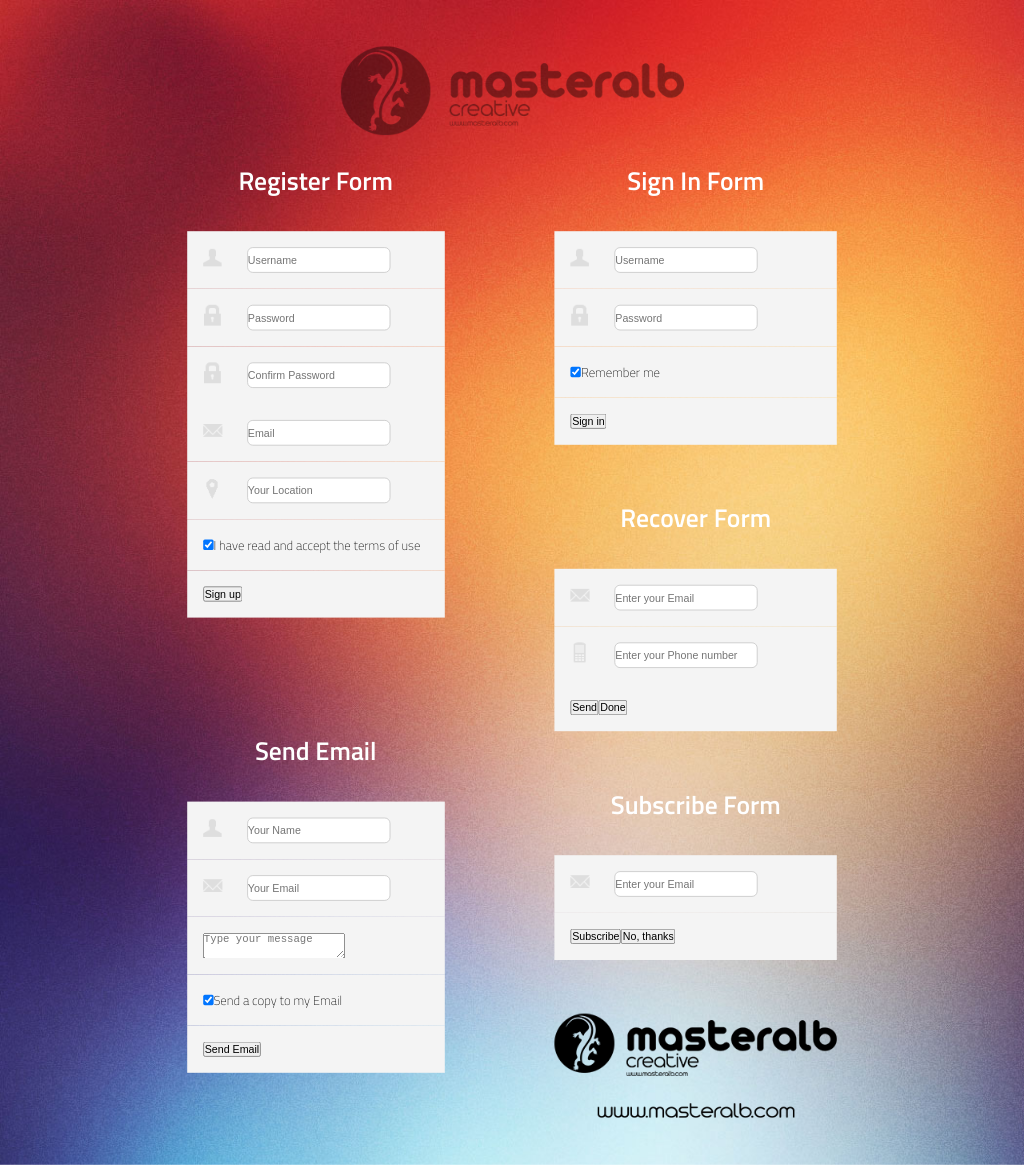
Repository: achwesiuk/PSD-Masteralb
Page: index.html
The author's editor kept a copy of each file at every save. The page is drawn from the files as they stood at one save, then again after the next save.
The browser window is 1280 px wide. The pictures show the whole page, at 80% of full size.
Backgrounds fixed to the window are drawn as part of the page. The style sheet was rebuilt from its Sass, Less or Tailwind sources for each picture, by a compiler version that may differ from the author's.

Above is the page before, as saved 2021-03-12 18:15:45.

### index.html
<!DOCTYPE html>
<html lang="en">
<head>
    <meta charset="UTF-8">
    <meta http-equiv="X-UA-Compatible" content="IE=edge">
    <meta name="viewport" content="width=device-width, initial-scale=1.0">
    <title>Masteralb Creative</title>
    <link rel="stylesheet" type="text/css" href="css/main.css">
    <link href="https://fonts.googleapis.com/css2?family=Titillium+Web:wght@200;600&display=swap" rel="stylesheet">
</head>
<body>
    <header class="header">
        <img src="img/logo_1.png" alt="Logo 1" class="header__logo">
    </header>
    <main class="main">
        <div class="container">
            <h3 class="container__header">Register Form</h3>
            <form class="form">
                <div class="form__group">
                    <label for="name-1" class="form__desc">
                        <img src="img/username.png" alt="Username" class="form__img">
                    </label>
                    <span class="form__line"></span>
                    <input type="text" id="name-1" placeholder="Username" class="form__input" required>
                </div>

                <div class="form__group">
                    <label for="password-1" class="form__desc">
                        <img src="img/password.png" alt="Password" class="form__img">
                    </label>
                    <span class="form__line"></span>
                    <input type="password" id="password-1" placeholder="Password" class="form__input" required>
                </div>

                <div class="form__group">
                    <label for="confirm" class="form__desc">
                        <img src="img/password.png" alt="Password" class="form__img">
                    </label>
                    <span class="form__line"></span>
                    <input type="text" id="confirm" placeholder="Confirm Password" class="form__input" required>
                </div>

                <div class="form__group">
                    <label for="message-1" class="form__desc">
                        <img src="img/email.png" alt="Email" class="form__img">
                    </label>
                    <span class="form__line"></span>
                    <input type="email" id="message-1" placeholder="Email" class="form__input" required>
                </div>

                <div class="form__group">
                    <label for="location" class="form__desc">
                        <img src="img/icon_maps.png" alt="Location" class="form__img">
                    </label>
                    <span class="form__line"></span>
                    <input type="text" id="location" placeholder="Your Location" class="form__input" required>
                </div>

                <div class="form__group">
                    <input type="checkbox" name="terms" class="form__tick" checked>
                    <label class="form__desc">I have read and accept the terms of use</label>
                </div>

                <div class="form__group">
                    <input type="submit" value="Sign up" class="form__btn form__btn--big">
                </div>
            </form>
        </div>

        <div class="container">
            <h2 class="container__header">Send Email</h2>
            <form class="form">
                <div class="form__group">
                    <label for="name-2" class="form__desc">
                         <img src="img/username.png" alt="Username" class="form__img">
                    </label>
                    <span class="form__line"></span>
                    <input type="text" id="name-2" placeholder="Your Name" class="form__input" required>
                </div>

                <div class="form__group">
                    <label for="message-2" class="form__desc">
                        <img src="img/email.png" alt="Email" class="form__img">
                    </label>
                    <span class="form__line"></span>
                    <input type="email" id="message-2" placeholder="Your Email" class="form__input" required>
                </div>

                <div class="form__group">
                    <textarea name="message" placeholder="Type your message" class="form__message"></textarea>
                </div>

                <div class="form__group">
                    <input type="checkbox" name="terms" class="form__tick" checked>
                    <label class="form__desc">Send a copy to my Email</label>
                </div>

                <div class="form__group">
                    <input type="submit" value="Send Email" class="form__btn form__btn--big">
                </div>
            </form>
        </div>

        <div class="container">
            <h2 class="container__header">Sign In Form</h2>
            <form class="form">
                <div class="form__group">
                    <label for="name-3" class="form__desc">
                        <img src="img/username.png" alt="Username" class="form__img">
                    </label>
                    <span class="form__line"></span>
                    <input type="text" id="name-3" placeholder="Username" class="form__input" required>
                </div>

                <div class="form__group">
                    <label for="password-2" class="form__desc">
                        <img src="img/password.png" alt="Password" class="form__img">
                    </label>
                    <span class="form__line"></span>
                    <input type="password" id="password-2" placeholder="Password" class="form__input" required>
                </div>

                <div class="form__group">
                    <input type="checkbox" name="terms" class="form__tick" checked>
                    <label class="form__desc">Remember me</label>
                </div>

                <div class="form__group">
                    <input type="submit" value="Sign in" class="form__btn form__btn--big">
                </div>
            </form>
        </div>

        <div class="container">
            <h2 class="container__header">Recover Form</h2>
            <form class="form">
                <div class="form__group">
                    <label for="email-3" class="form__desc">
                        <img src="img/email.png" alt="Email" class="form__img">
                    </label>
                    <span class="form__line"></span>
                    <input type="email" id="email-3" placeholder="Enter your Email" class="form__input" required>
                </div>

                <div class="form__group">
                    <label for="number" class="form__desc">
                        <img src="img/phone.png" alt="Phone Number" class="form__img">
                    </label>
                    <span class="form__line"></span>
                    <input type="text" id="number" placeholder="Enter your Phone number" class="form__input" required>
                </div>

                <div class="form__group">
                    <input type="submit" value="Send" class="form__btn form__btn--small">
                    <input type="submit" value="Done" class="form__btn form__btn--small">
                </div>
            </form>
        </div>

        <div class="container">
            <h2 class="container__header">Subscribe Form</h2>
            <form class="form">
                <div class="form__group">
                    <label for="email-4" class="form__desc">
                        <img src="img/email.png" alt="Email" class="form__img">
                    </label>
                    <span class="form__line"></span>
                    <input type="email" id="email-4" placeholder="Enter your Email" class="form__input" required>
                </div>

                <div class="form__group">
                    <input type="submit" value="Subscribe" class="form__btn form__btn--small">
                    <input type="submit" value="No, thanks" class="form__btn form__btn--small">
                </div>
            </form>
        </div>

        <div class="container">
            <div class="logo-down">
                <img src="img/logo_2.png" alt="Logo" class="logo-down__img">
            </div>
        </div>
    </main>
</body>
</html>

### sass/main.scss
:root {
    --color-white: #fff;
    --color-grey-1: #f4f4f4;
    --color-grey-2: #dedede;
    --color-grey-3: #c6c6c6;
    --color-grey-4: #afafaf;

    --color-green-light: #bddb98;
    --color-green: #94d12d;
    --color-red: #f4495b;
    --color-black: #000;

    --shadow-dark: 0 2rem 6rem rgba(#000, .3);
    --line: 1px solid var(--color-primary-2);
}

*,
*::before,
*::after{
    margin: 0;
    padding: 0;
    box-sizing: inherit;
}

html{
    font-size: 62.5%; //10px
}

body {
    box-sizing: border-box;
    max-width: 95rem;
    margin: 5.5rem auto;
    font-family: 'Titillium Web', sans-serif;
    background: url(../img/bg.jpg) no-repeat fixed center;
    background-size: cover;
    //min-height: 125rem;
}

.header {
    margin-bottom: 3rem;

     &__logo {
         display: block;
         margin: 0 auto;
         opacity: .4;
     }
}

.main {
    display: flex;
    flex-direction: column;
    flex-wrap: wrap;
    justify-content: space-between;
    align-content: space-around;
    height: 120rem;
}

.container {

    &__header {
        font-size: 3.2rem;
        font-weight: 600;
        color: var(--color-white);
        text-align: center;
        margin-bottom: 4rem;
    }
}

.form {
    display: flex;
    flex-direction: column;
    flex: 1;

    font-size: 1.6rem;
    margin-bottom: 6rem;

    &__group {
        display: flex;
        //align-items: center;
        background-color: var(--color-grey-1);
        box-shadow: 0 2rem 2rem rgba(var(--color-black), .5);
        padding: 2rem;
    }

    &__desc {
        //padding: 2px;
        justify-content: center;
        align-items: center;

        margin-right: 1rem;
    }

    &__line {
        width: 1px;
        height: 10px;
        color: var(--color-grey-2);
        margin-right: 2rem;
    }

    &__input {
        color: var(--color-grey-4);
        border: 1px solid var(--color-grey-3);
        border-radius: .7rem;
        align-items: center;
    }
}

After the next save:
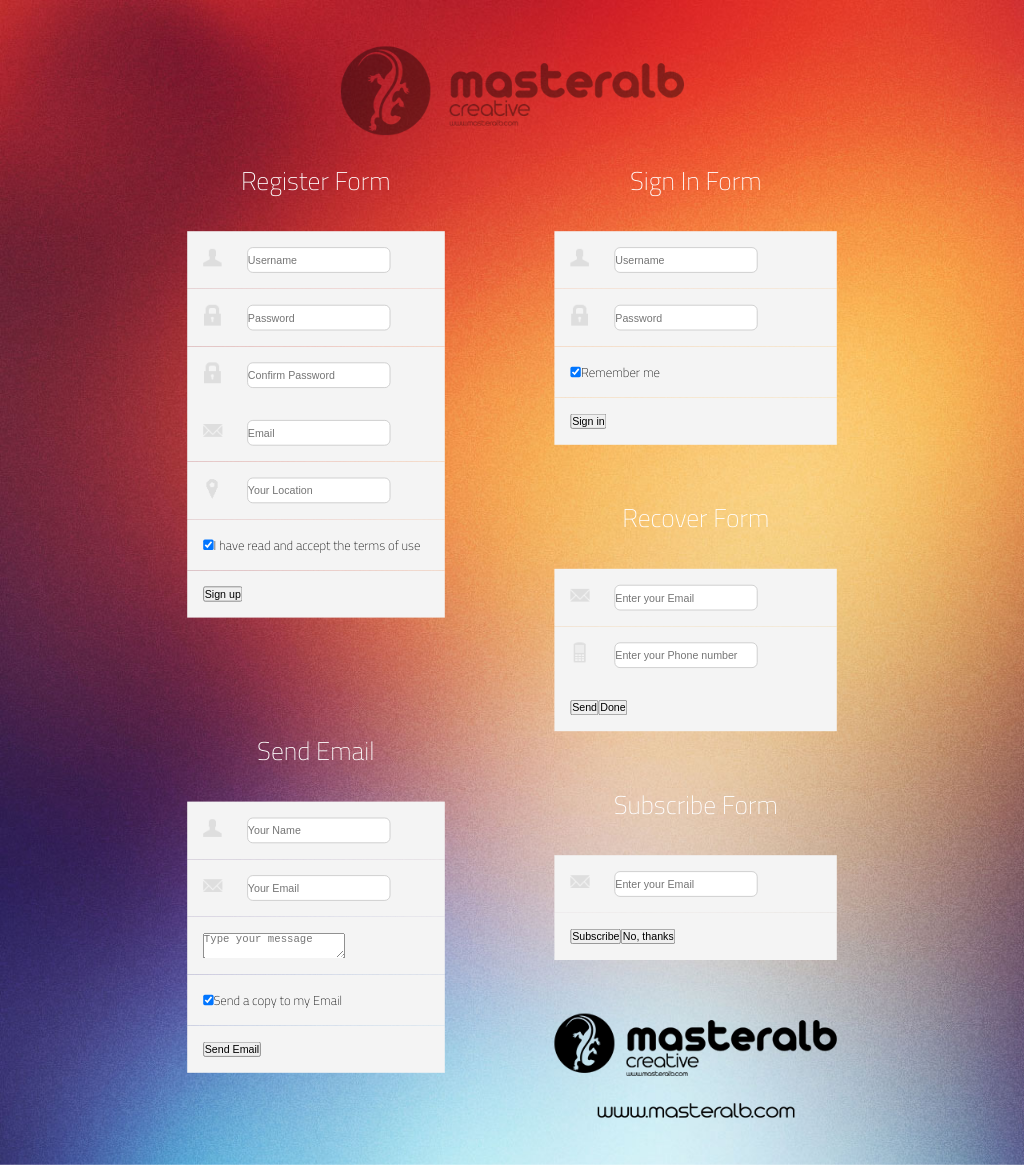
Saved 22 s later.
--- a/sass/main.scss
+++ b/sass/main.scss
@@ -59,7 +59,7 @@
 
     &__header {
         font-size: 3.2rem;
-        font-weight: 600;
+        font-weight: 200;
         color: var(--color-white);
         text-align: center;
         margin-bottom: 4rem;

After the 2 saves that followed:
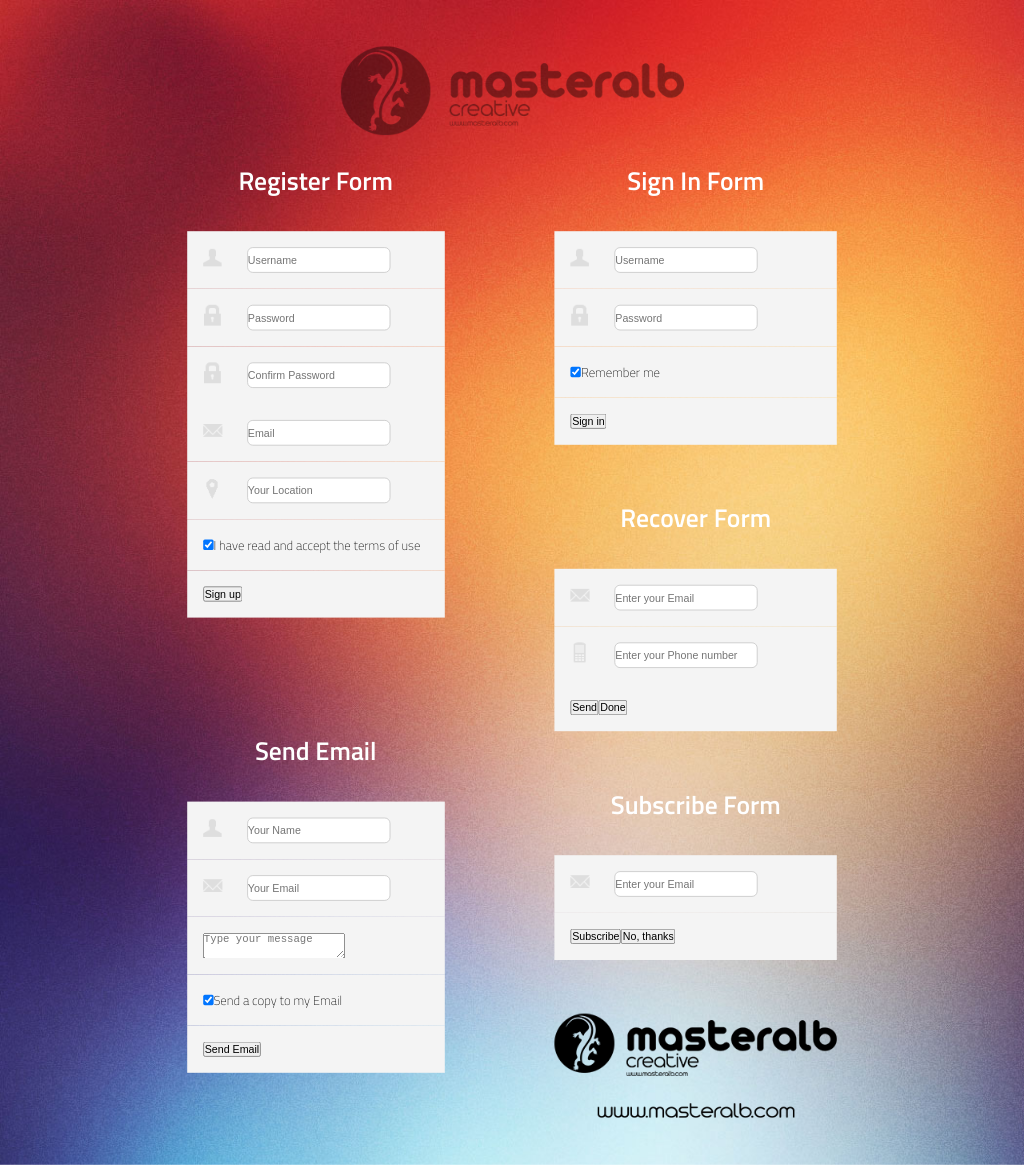
The 2 saves are shown as one change because 1 left the picture as it was.
The last was saved 19 s later.
--- a/sass/main.scss
+++ b/sass/main.scss
@@ -59,7 +59,7 @@
 
     &__header {
         font-size: 3.2rem;
-        font-weight: 200;
+        font-weight: 600;
         color: var(--color-white);
         text-align: center;
         margin-bottom: 4rem;
